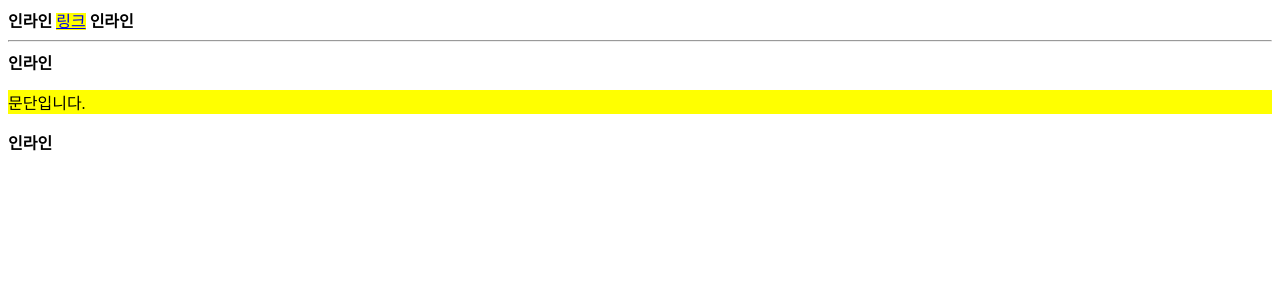
Repository: JeongWoo-Jang/Edu-Backup
Page: 5. HTML & CSS & JSP/ClientTest/WebContent/ex11_tag.html
An editor plug-in stored every save of this project. The page is shown before and after the next save, followed by the edit.
The browser window is 1280 px wide. The pictures show the whole page.

Above is the page before, as saved 2020-06-19 03:23:20.

### 5. HTML & CSS & JSP/ClientTest/WebContent/ex11_tag.html
<!DOCTYPE html>
<html>
<head>
<meta charset="UTF-8">
<title>Insert title here</title>
</head>
<body>

	<!--

		****** 중요!!
		인라인 태그 vs 블럭 태그
		- 모든 태그들은 위의 두 분류 중 하나에 속한다.

		<a>, <b>, <strong> : 인라인 태그
		<p>, <h1>, <hr> : 블럭 태그

		인라인 태그, Inline Tag
		- 자신의 내용물과 주변 태그의 내용물을 같은 라인에 출력한다.
		- 영역의 너비가 항상 내용물 크기와 같다.
		- 영역의 높이는 항상 내용물 크기와 같다.
		- 구성 요소 역할(내용 역할)

		블럭 태그, Block Tag
		- 자신의 내용물을 주변 태그의 내용물과 다른 라인에 출력한다.
		- 자신이 현재 라인을 독점한다. > 영역의 너비가 항상 100%이다.
		- 영역의 높이는 항상 내용물 크기와 같다.
		- 구조 역할(뼈대 역할)

		태그 중첩 규칙
		1. 블럭 태그는 자식으로 또 다른 블럭 태그를 가질 수 있다.
		2. 블럭 태그는 자식으로 또 다른 인라인 태그를 가질 수 있다.

	 -->

	<b>인라인</b>
	<a href="#" style="background-color:yellow;">링크</a>
	<strong>인라인</strong>

	<hr>

	<b>인라인</b>
	<p style="background-color:yellow;">문단입니다.</p>
	<strong>인라인</strong>


</body>
</html>

After the next save:
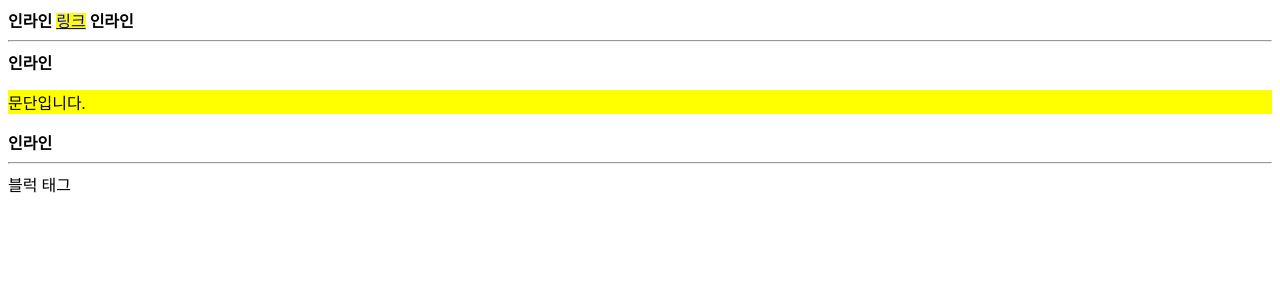
Saved 39 s later.
--- a/5. HTML & CSS & JSP/ClientTest/WebContent/ex11_tag.html
+++ b/5. HTML & CSS & JSP/ClientTest/WebContent/ex11_tag.html
@@ -43,6 +43,12 @@
 	<p style="background-color:yellow;">문단입니다.</p>
 	<strong>인라인</strong>
 
+	<hr>
+
+	<div>
+		블럭 태그
+	</div>
+
 
 </body>
 </html>
